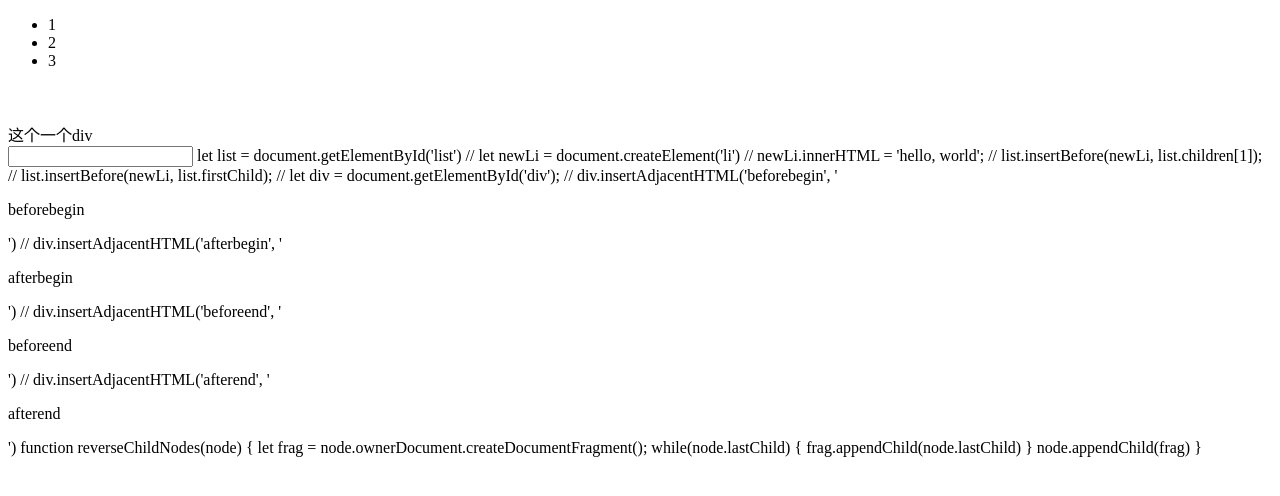
Repository: lcl22hope/webInterview
Page: DOM-Issues/翻转DOM.html
The author's editor kept a copy of each file at every save. The page is drawn from the files as they stood at one save, then again after a run of saves.
The browser window is 1280 px wide. The pictures show the whole page.

Above is the page before, as saved 2019-11-20 19:25:48.

After the next 2 saves:
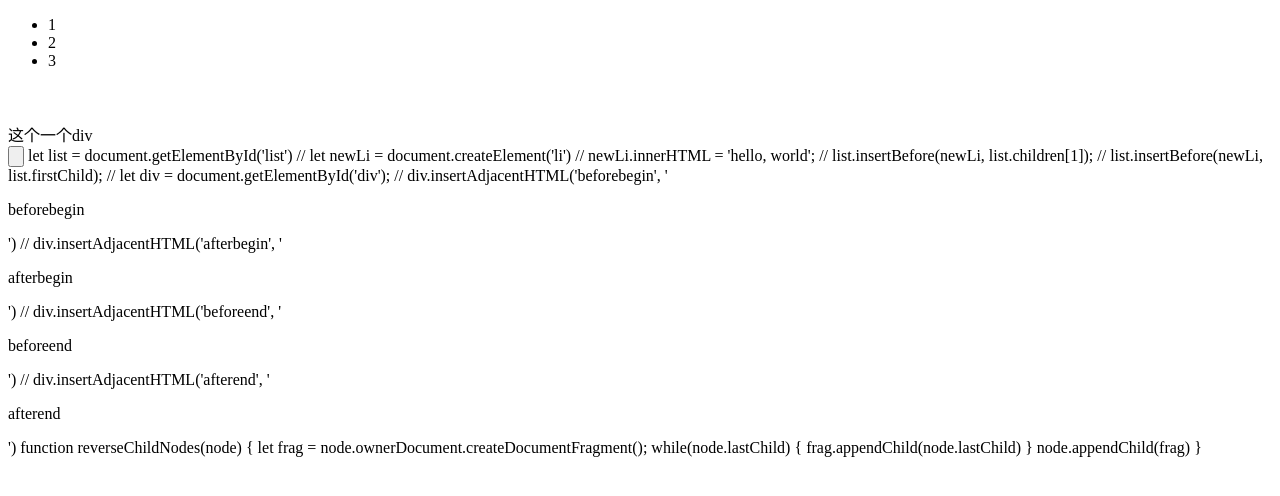
The 2 saves are shown as one change because they came seconds apart.
The last was saved 8 s later.
--- a/DOM-Issues/翻转DOM.html
+++ b/DOM-Issues/翻转DOM.html
@@ -27,7 +27,7 @@
         <br/>
         <br/>
         <div id="div">这个一个div</div>
-        <input type=""
+        <input type="button" on-click={}
         <script>
             let list = document.getElementById('list')
             // let newLi = document.createElement('li')
